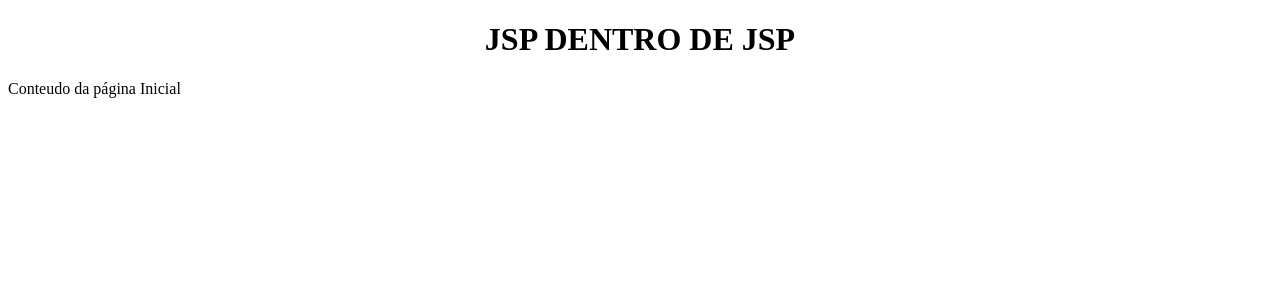
Repository: 740fernando/projeto-java-web-com-servlets-jsps
Page: http://localhost/JavaWeb/conteudo.jsp
These files come from the project's save history. The page is drawn as it stood at one moment and after the next save; the edit follows.
The browser window is 1280 px wide. The pictures show the whole page.
The page is served by Tomcat 9. Other server files are loaded and not shown.

Above is the page before, as saved 2021-12-02 00:59:30.

### JavaWeb/WebContent/conteudo.jsp
<%@ page language="java" contentType="text/html; charset=ISO-8859-1"
    pageEncoding="ISO-8859-1"%>
<!DOCTYPE html PUBLIC "-//W3C//DTD HTML 4.01 Transitional//EN" "http://www.w3.org/TR/html4/loose.dtd">
<html>
	<head>
		<meta http-equiv="Content-Type" content="text/html; charset=ISO-8859-1">
		<title>Pagina Inicial</title>
	</head>
	<body>
		<%@include file = "header.jsp" %>

		Conteudo da página Inicial

	</body>
</html>

### JavaWeb/WebContent/header.jsp
<CENTER>
 	<H1>JSP DENTRO DE JSP</H1>
</CENTER>

After the next save:
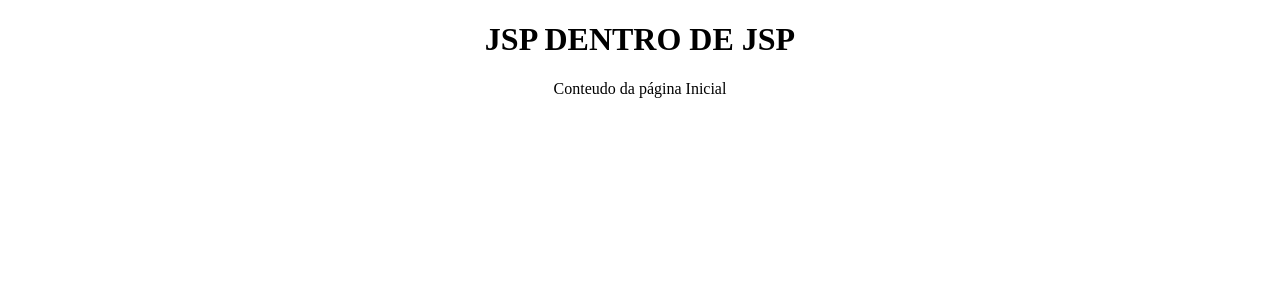
Saved 41 s later.
--- a/JavaWeb/WebContent/conteudo.jsp
+++ b/JavaWeb/WebContent/conteudo.jsp
@@ -7,9 +7,9 @@
 		<title>Pagina Inicial</title>
 	</head>
 	<body>
-		<%@include file = "header.jsp" %>
+		<%@include file = "header.jsp" %><!-- Diretiva include -->
 
-		Conteudo da página Inicial
+		<CENTER>Conteudo da página Inicial</CENTER>
 
 	</body>
 </html>
